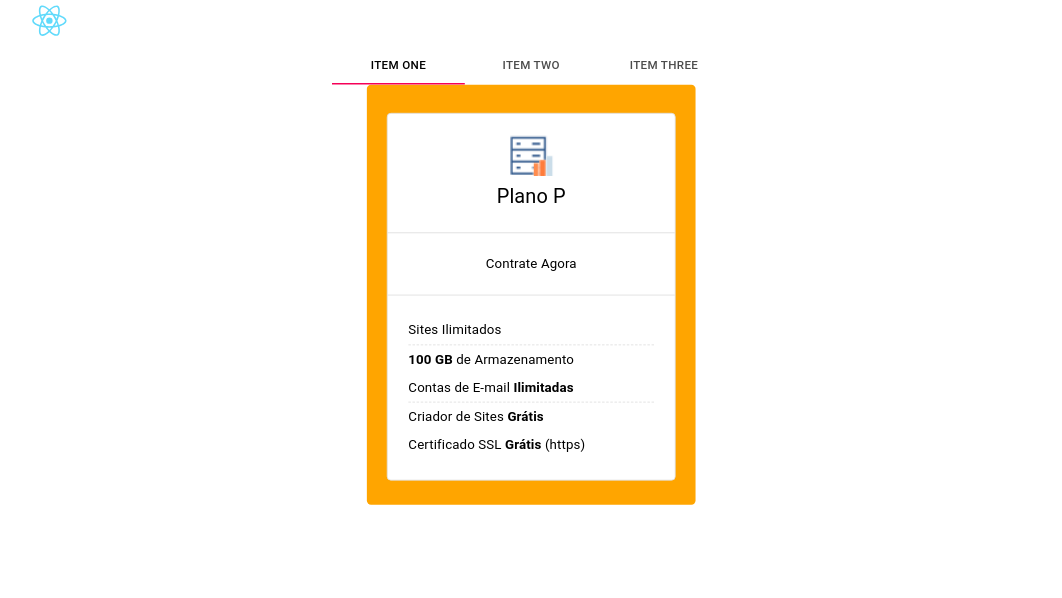
Repository: gatomazi/hostgatorFrontend
Page: /
The author's editor kept a copy of each file at every save. The page is drawn from the files as they stood at one save, then again after the next save.
The browser window is 1280 px wide. The pictures show the whole page, at 83% of full size.
The project was rebuilt for these pictures with package versions that can differ from the ones it lists, and the page was loaded fresh each time.

Above is the page before, as saved 2020-01-24 12:25:07.

### src/App.js
import React from "react";

import "./App.css";
import Topbar from "./components/Topbar";
import Plano from "./components/Plano";
function App() {
  return (
    <div className="App">
      <Topbar />
      <Plano />
    </div>
  );
}

export default App;

### src/components/Topbar.js
import React from "react";

import logo from "../logo.svg";
// import { Link } from "react-router-dom";

import { makeStyles } from "@material-ui/core/styles";
import Grid from "@material-ui/core/Grid";
import Container from "@material-ui/core/Container";

const useStyles = makeStyles(theme => ({
  root: {
    flexGrow: 1
  }
}));

const Topbar = () => {
  const classes = useStyles();
  return (
    <div className={classes.root}>
      <Container maxWidth="lg">
        <Grid item xs={12} style={{ textAlign: "left" }}>
          <img
            style={{ height: 50 }}
            src={logo}
            className="Navbar-logo"
            alt="logo"
          />
        </Grid>
      </Container>
    </div>
  );
};

export default Topbar;

### src/components/Plano.js
import React from "react";
import "./Plano.scss";
import PropTypes from "prop-types";

import Grid from "@material-ui/core/Grid";
import Container from "@material-ui/core/Container";
import Tabs from "@material-ui/core/Tabs";
import Tab from "@material-ui/core/Tab";
import Typography from "@material-ui/core/Typography";
import Box from "@material-ui/core/Box";

import PlanoCard from "./PlanoCard";

function TabPanel(props) {
  const { children, value, index, ...other } = props;

  return (
    <Typography
      component="div"
      role="tabpanel"
      hidden={value !== index}
      id={`simple-tabpanel-${index}`}
      aria-labelledby={`simple-tab-${index}`}
      {...other}
    >
      {value === index && <Box p={3}>{children}</Box>}
    </Typography>
  );
}

TabPanel.propTypes = {
  children: PropTypes.node,
  index: PropTypes.any.isRequired,
  value: PropTypes.any.isRequired
};
var mock = {
  shared: {
    products: {
      planoP: {
        name: "Plano P",
        id: 5,
        cycle: {
          monthly: {
            priceRenew: "24.19",
            priceOrder: "24.19",
            months: 1
          },
          semiannually: {
            priceRenew: "128.34",
            priceOrder: "128.34",
            months: 6
          },
          biennially: {
            priceRenew: "393.36",
            priceOrder: "393.36",
            months: 24
          },
          triennially: {
            priceRenew: "561.13",
            priceOrder: "561.13",
            months: 36
          },
          quarterly: {
            priceRenew: "67.17",
            priceOrder: "67.17",
            months: 3
          },
          annually: {
            priceRenew: "220.66",
            priceOrder: "220.66",
            months: 12
          }
        }
      },
      planoM: {
        name: "Plano M",
        id: 6,
        cycle: {
          monthly: {
            priceRenew: "29.69",
            priceOrder: "29.69",
            months: 1
          },
          semiannually: {
            priceRenew: "159.54",
            priceOrder: "159.54",
            months: 6
          },
          biennially: {
            priceRenew: "532.56",
            priceOrder: "532.56",
            months: 24
          },
          triennially: {
            priceRenew: "764.22",
            priceOrder: "764.22",
            months: 36
          },
          quarterly: {
            priceRenew: "82.77",
            priceOrder: "82.77",
            months: 3
          },
          annually: {
            priceRenew: "286.66",
            priceOrder: "286.66",
            months: 12
          }
        }
      },
      planoTurbo: {
        name: "Plano Turbo",
        id: 335,
        cycle: {
          monthly: {
            priceRenew: "44.99",
            priceOrder: "44.99",
            months: 1
          },
          semiannually: {
            priceRenew: "257.94",
            priceOrder: "257.94",
            months: 6
          },
          biennially: {
            priceRenew: "983.76",
            priceOrder: "983.76",
            months: 24
          },
          triennially: {
            priceRenew: "1439.64",
            priceOrder: "1439.64",
            months: 36
          },
          quarterly: {
            priceRenew: "131.97",
            priceOrder: "131.97",
            months: 3
          },
          annually: {
            priceRenew: "503.88",
            priceOrder: "503.88",
            months: 12
          }
        }
      }
    }
  }
};
const Plano = () => {
  const [value, setValue] = React.useState(0);

  const handleChange = (event, newValue) => {
    setValue(newValue);
  };

  const a11yProps = index => {
    return {
      id: `simple-tab-${index}`,
      "aria-controls": `simple-tabpanel-${index}`
    };
  };

  var plans;
  plans = Object.keys(mock.shared.products).map((namePlan, index) => (
    <TabPanel value={value} index={index}>
      <PlanoCard
        role="tabpanel"
        hidden={value !== index}
        id={`simple-tabpanel-${index}`}
        aria-labelledby={`simple-tab-${index}`}
        key={index}
        plan={mock.shared.products[namePlan]}
      />
    </TabPanel>
  ));

  return (
    <div className="root">
      <Tabs
        value={value}
        onChange={handleChange}
        aria-label="simple tabs example"
        centered
      >
        <Tab label="Item One" {...a11yProps(0)} />
        <Tab label="Item Two" {...a11yProps(1)} />
        <Tab label="Item Three" {...a11yProps(2)} />
      </Tabs>
      <Container maxWidth="xs">
        <Grid className="orangePlanBg" item xs={12}>
          {plans}
        </Grid>
      </Container>
    </div>
  );
};

export default Plano;

### src/components/Plano.scss
.root {
  flex-grow: 1;
}
.orangePlanBg {
  background-color: orange;
  padding-bottom: 5px;
  padding-top: 10px;
  border-radius: 5px;
}

### src/components/PlanoCard.js
import React from "react";
import "./PlanoCard.scss";

import iconPlan from "../assets/icon.png";

const PlanoCard = ({ plan }) => {
  return (
    <div className="planCard">
      <div>
        <img
          style={{ height: 50 }}
          src={iconPlan}
          className="Navbar-logo"
          alt="logo"
        />
        <span>{plan["name"]}</span>
      </div>
      <div className="insideDivisor">Contrate Agora</div>
      <div style={{ textAlign: "left" }}>
        <span>Sites Ilimitados</span>
        <span>
          <b>100 GB</b> de Armazenamento
        </span>
        <span>
          Contas de E-mail <b>Ilimitadas</b>
        </span>
        <span>
          Criador de Sites <b>Grátis</b>
        </span>
        <span>
          Certificado SSL <b>Grátis</b> (https)
        </span>
      </div>
    </div>
  );
};

export default PlanoCard;

### src/components/PlanoCard.scss
.planCard {
  background-color: #fff;
  border: 1px solid #ddd;
  border-radius: 5px;
  div {
    padding: 25px;
    span {
      display: block;
    }
    &:first-child {
      span {
        font-size: 24px;
      }
    }
    &:last-child {
      span {
        padding: 5px 0px;
        &:first-child,
        &:nth-child(3) {
          border-bottom: dashed 0.8px #ddd;
        }
      }
    }
  }
}

.insideDivisor {
  border-bottom: 0.5px;
  border-bottom-color: #ddd;
  border-bottom-style: solid;
  /* border-bottom: 0.5; */
  border-top: 0.5px;
  border-top-color: #ddd;
  border-top-style: solid;
  /* border-top: 0.5; */
}

Loaded but not shown: public/index.html (common file); src/index.js (common file); src/index.css (common file); src/serviceWorker.js (common file); src/App.css (common file)

After the next save:
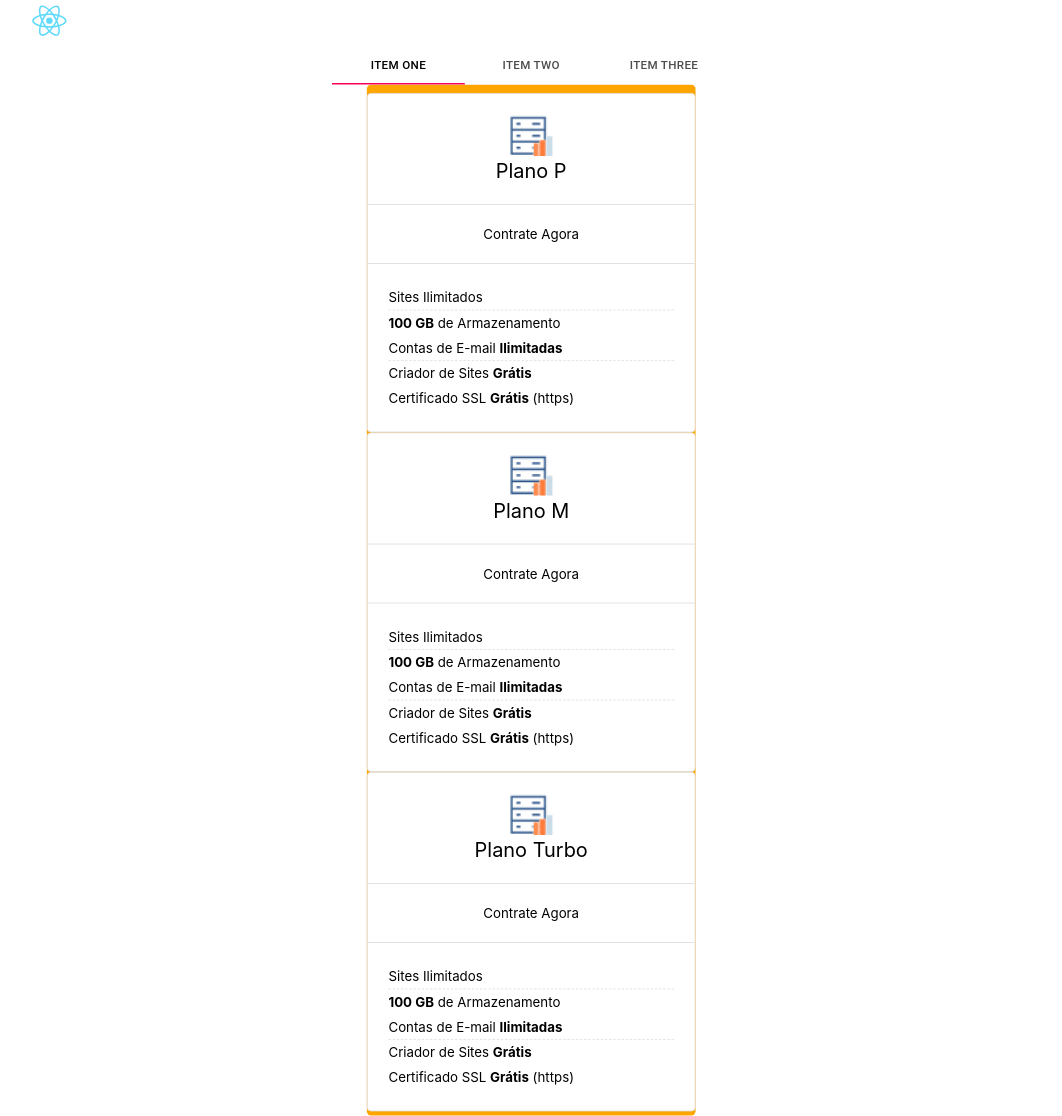
Saved 5 s later.
--- a/src/components/Plano.js
+++ b/src/components/Plano.js
@@ -163,16 +163,16 @@
 
   var plans;
   plans = Object.keys(mock.shared.products).map((namePlan, index) => (
-    <TabPanel value={value} index={index}>
-      <PlanoCard
-        role="tabpanel"
-        hidden={value !== index}
-        id={`simple-tabpanel-${index}`}
-        aria-labelledby={`simple-tab-${index}`}
-        key={index}
-        plan={mock.shared.products[namePlan]}
-      />
-    </TabPanel>
+    // <TabPanel value={value} index={index}>
+    <PlanoCard
+      role="tabpanel"
+      hidden={value !== index}
+      id={`simple-tabpanel-${index}`}
+      aria-labelledby={`simple-tab-${index}`}
+      key={index}
+      plan={mock.shared.products[namePlan]}
+    />
+    // </TabPanel>
   ));
 
   return (

After the 5 saves that followed:
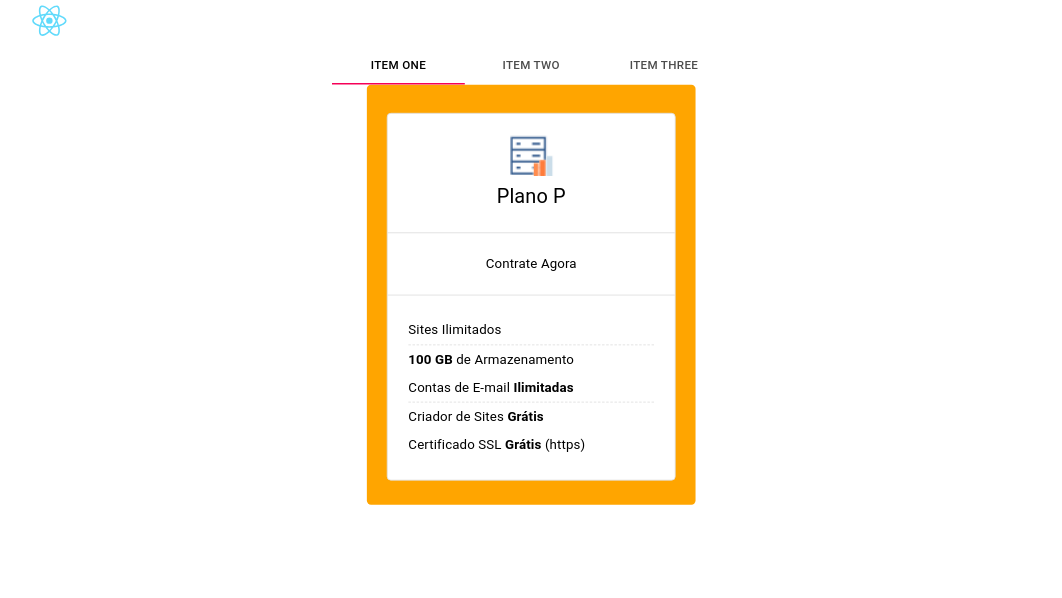
The 5 saves are shown as one change because 2 did not build or start and 1 left the picture as it was and some came seconds apart.
The last was saved 2 min 10 s later.
--- a/src/components/Plano.js
+++ b/src/components/Plano.js
@@ -147,6 +147,11 @@
     }
   }
 };
+
+function valuesToArray(obj) {
+  return Object.keys(obj).map(key => obj[key]);
+}
+
 const Plano = () => {
   const [value, setValue] = React.useState(0);
 
@@ -163,16 +168,16 @@
 
   var plans;
   plans = Object.keys(mock.shared.products).map((namePlan, index) => (
-    // <TabPanel value={value} index={index}>
-    <PlanoCard
-      role="tabpanel"
-      hidden={value !== index}
-      id={`simple-tabpanel-${index}`}
-      aria-labelledby={`simple-tab-${index}`}
-      key={index}
-      plan={mock.shared.products[namePlan]}
-    />
-    // </TabPanel>
+    <TabPanel value={value} index={index}>
+      <PlanoCard
+        role="tabpanel"
+        hidden={value !== index}
+        id={`simple-tabpanel-${index}`}
+        aria-labelledby={`simple-tab-${index}`}
+        key={index}
+        plan={mock.shared.products[namePlan]}
+      />
+    </TabPanel>
   ));
 
   return (
